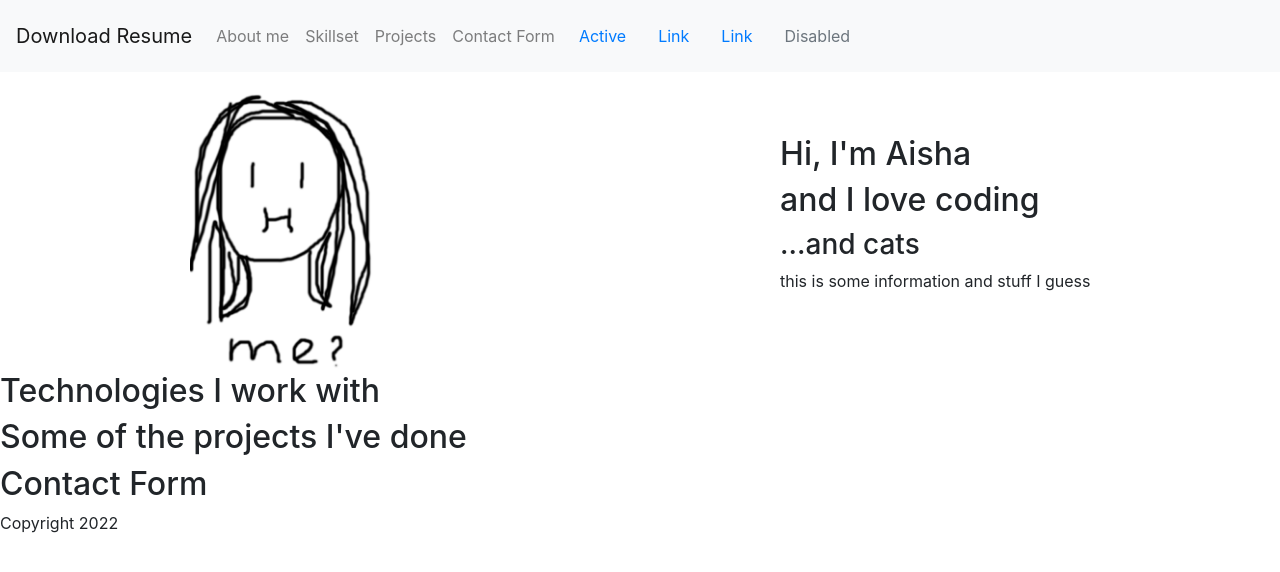
Repository: aishakapan/portfolio
Page: index.html
The author's editor kept a copy of each file at every save. The page is drawn from the files as they stood at one save, then again after the next save.
The browser window is 1280 px wide. The pictures show the whole page.
Some web libraries are served in a nearby version.

Above is the page before, as saved 2022-08-18 18:56:59.

### index.html
<!DOCTYPE html>
<html lang="en">
<head>
    <meta charset="UTF-8">
    <meta http-equiv="X-UA-Compatible" content="IE=edge">
    <meta name="viewport" content="width=device-width, initial-scale=1.0">
    <!-- bootstrap links -->
    <link rel="stylesheet" href="/styles/index.css">
    <link rel="stylesheet" href="https://cdn.jsdelivr.net/npm/bootstrap@4.0.0/dist/css/bootstrap.min.css" integrity="sha384-Gn5384xqQ1aoWXA+058RXPxPg6fy4IWvTNh0E263XmFcJlSAwiGgFAW/dAiS6JXm" crossorigin="anonymous">
    <title>Aisha Kapan</title>
</head>
<body>

    <nav>

    </nav>
    <nav class="navbar navbar-expand-lg navbar-light bg-light">
        <a class="navbar-brand" href="#">Download Resume</a>
        <div class="navbar-text justify-content-end">
            <div class="navbar-nav">
                <a class="nav-item nav-link" href="#">About me</a>
                <a class="nav-item nav-link" href="#">Skillset </a>
                <a class="nav-item nav-link" href="#">Projects</a>
                <a class="nav-item nav-link" href="#">Contact Form</a>
            </div>
        </div>
        <ul class="nav justify-content-end">
            <li class="nav-item">
              <a class="nav-link active" href="#">Active</a>
            </li>
            <li class="nav-item">
              <a class="nav-link" href="#">Link</a>
            </li>
            <li class="nav-item">
              <a class="nav-link" href="#">Link</a>
            </li>
            <li class="nav-item">
              <a class="nav-link disabled" href="#">Disabled</a>
            </li>
          </ul>
    </nav>


    <main>
        <div class="about-container">
        <img src="img/temp.png" alt="my photo" class="about-item pfp">
        <article class="about-item">
            <h2>Hi, I'm Aisha</h2>
            <h2>and I love coding</h2>
            <!-- this will be changing text animation -->
            <h3>...and cats</h3>
            <p>this is some information and stuff I guess</p>
        </article>
        </div>
            <!-- bg image with a cat and hobbies  -->

        <section>
        <h2>Technologies I work with</h2>
            <!-- images/icons -->
        </section>

        <section>
            <h2>Some of the projects I've done</h2>
            <!-- image with descriptions and links -->
        </section>

        <section>
            <h2>Contact Form</h2>
            <!-- First/Last name/message form directed to my e-mail-->
        </section>




    </main>
    <footer>
        Copyright 2022
    </footer>
    <script src="https://code.jquery.com/jquery-3.2.1.slim.min.js" integrity="sha384-KJ3o2DKtIkvYIK3UENzmM7KCkRr/rE9/Qpg6aAZGJwFDMVNA/GpGFF93hXpG5KkN" crossorigin="anonymous"></script>
    <script src="https://cdn.jsdelivr.net/npm/popper.js@1.12.9/dist/umd/popper.min.js" integrity="sha384-ApNbgh9B+Y1QKtv3Rn7W3mgPxhU9K/ScQsAP7hUibX39j7fakFPskvXusvfa0b4Q" crossorigin="anonymous"></script>
    <script src="https://cdn.jsdelivr.net/npm/bootstrap@4.0.0/dist/js/bootstrap.min.js" integrity="sha384-JZR6Spejh4U02d8jOt6vLEHfe/JQGiRRSQQxSfFWpi1MquVdAyjUar5+76PVCmYl" crossorigin="anonymous"></script>
  </body>
</body>
</html>

### styles/index.css
* {
    margin: 0;
    padding: 0;
}

.nav-container {
    display: flex;
    background-color: blueviolet;
    justify-content: space-between;
}


.about-container {
    display: flex;
    flex-wrap: wrap;
    justify-content: space-around;
    align-items: center;

}

.about-item {
    flex-basis: 1;
}


.pfp {
    max-width: 300px;
    max-height: 300px;
}

After the next save:
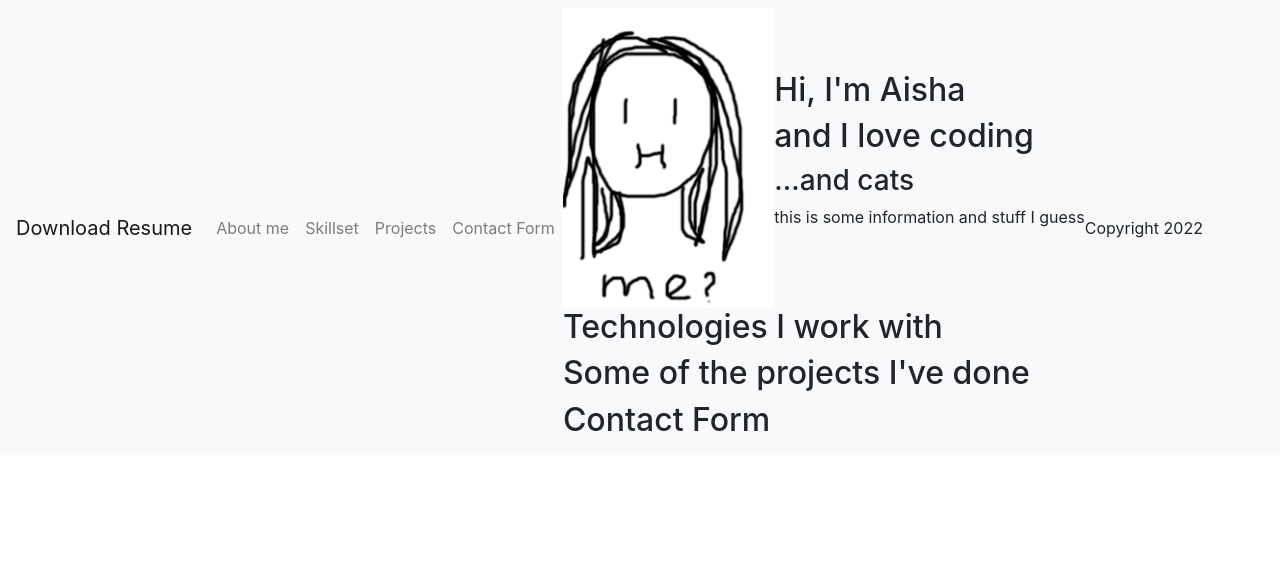
Saved 9 s later.
--- a/index.html
+++ b/index.html
@@ -24,21 +24,6 @@
                 <a class="nav-item nav-link" href="#">Contact Form</a>
             </div>
         </div>
-        <ul class="nav justify-content-end">
-            <li class="nav-item">
-              <a class="nav-link active" href="#">Active</a>
-            </li>
-            <li class="nav-item">
-              <a class="nav-link" href="#">Link</a>
-            </li>
-            <li class="nav-item">
-              <a class="nav-link" href="#">Link</a>
-            </li>
-            <li class="nav-item">
-              <a class="nav-link disabled" href="#">Disabled</a>
-            </li>
-          </ul>
-    </nav>
 
 
     <main>

After the save that followed:
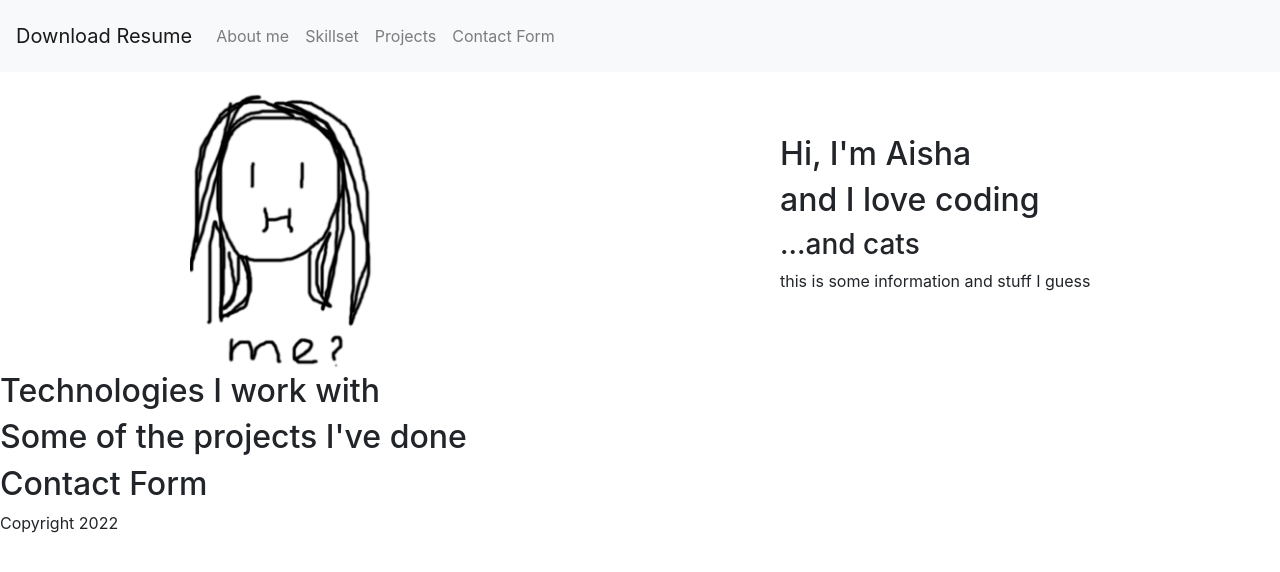
Saved 24 s later.
--- a/index.html
+++ b/index.html
@@ -11,9 +11,6 @@
 </head>
 <body>
 
-    <nav>
-
-    </nav>
     <nav class="navbar navbar-expand-lg navbar-light bg-light">
         <a class="navbar-brand" href="#">Download Resume</a>
         <div class="navbar-text justify-content-end">
@@ -24,7 +21,7 @@
                 <a class="nav-item nav-link" href="#">Contact Form</a>
             </div>
         </div>
-
+    </nav>
 
     <main>
         <div class="about-container">
